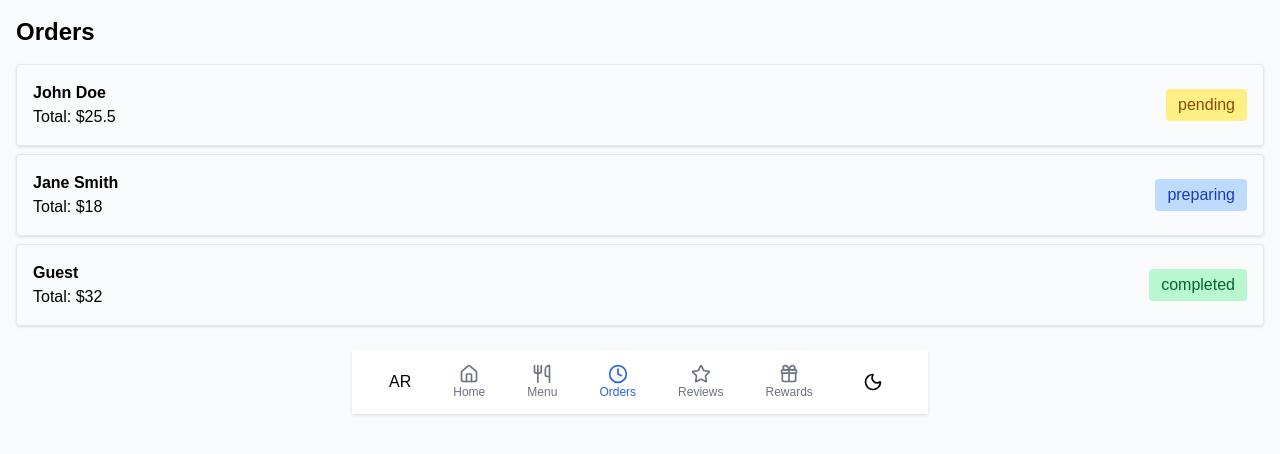
Repository: GraduationMERN/restaurant-system
Page: /orders (app in client/)
An editor plug-in stored every save of this project. The page is shown before and after the next save, followed by the edit.
The browser window is 1280 px wide. The pictures show the whole page.
The project was rebuilt for these pictures with package versions that can differ from the ones it lists, and the page was loaded fresh each time. Also part of the build but not shown: client/vite.config.js, client/src/pages/ReviewsPage.jsx, client/src/pages/LandingPage.jsx, client/src/pages/RewardPage.jsx, client/src/components/ui/badge/Badge.jsx, client/src/components/ecommerce/EcommerceMetrics.jsx, client/src/components/ui/dropdown/Dropdown.jsx, client/src/components/ui/dropdown/DropdownItem.jsx and 30 more. Imported but missing from the stored project, and not drawn on this page: client/src/components/form/input/InputField, client/src/pages/admin/UserProfiles.

Above is the page before, as saved 2025-11-29 01:58:04.

After the next save:
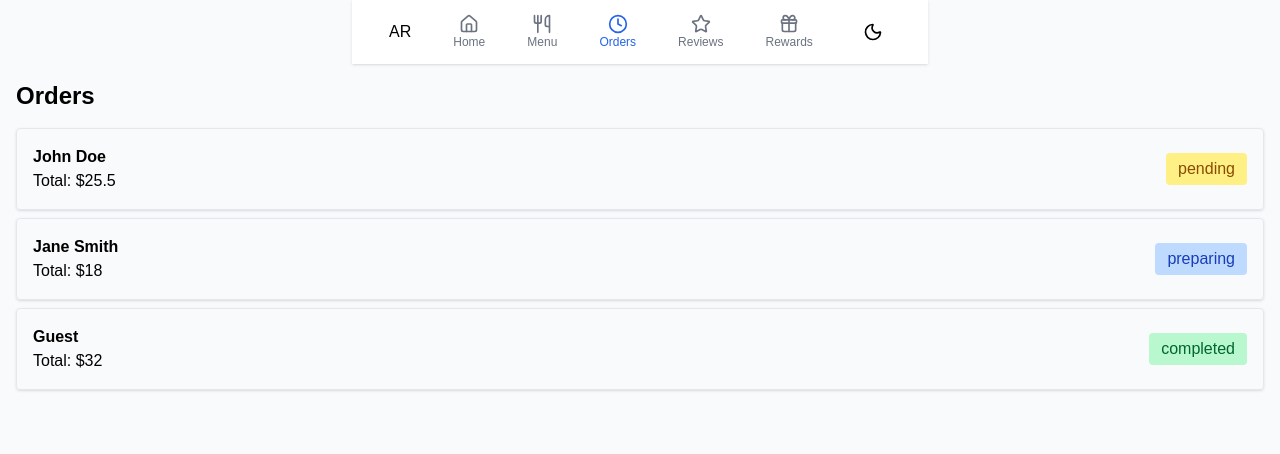
Saved 20 s later.
--- a/client/src/components/Layout.jsx
+++ b/client/src/components/Layout.jsx
@@ -1,4 +1,4 @@
-import DesktopNav from "./desktopNav";
+import DesktopNav from "./DesktopNav";
 import Navbar from "./Navbar";
 import { useLocation } from "react-router-dom";
 
@@ -8,18 +8,22 @@ export default function Layout({ children }) {
 
   return (
     <div className="min-h-screen w-full flex flex-col bg-default">
-      <div className={` w-full flex justify-center md:block`}>
-        <div className={`w-full  max-w-xl px-4 md:max-w-none md:px-0`}>
+      {/* Desktop Top Navbar */}
+      {!isAdmin && <DesktopNav />}
+
+      {/* Main content */}
+      <div className="w-full flex justify-center">
+        <div className="w-full max-w-xl px-4 md:max-w-none md:px-0">
           {children}
         </div>
       </div>
 
+      {/* Mobile Bottom Navbar */}
       {!isAdmin && (
-        <div className="w-full max-w-xl mx-auto h-20 flex justify-between items-center px-4 md:hidden">
+        <div className="w-full max-w-xl mx-auto h-16 flex justify-between items-center px-4 md:hidden">
           <Navbar />
         </div>
       )}
-      {!isAdmin && <DesktopNav />}
     </div>
   );
 }
